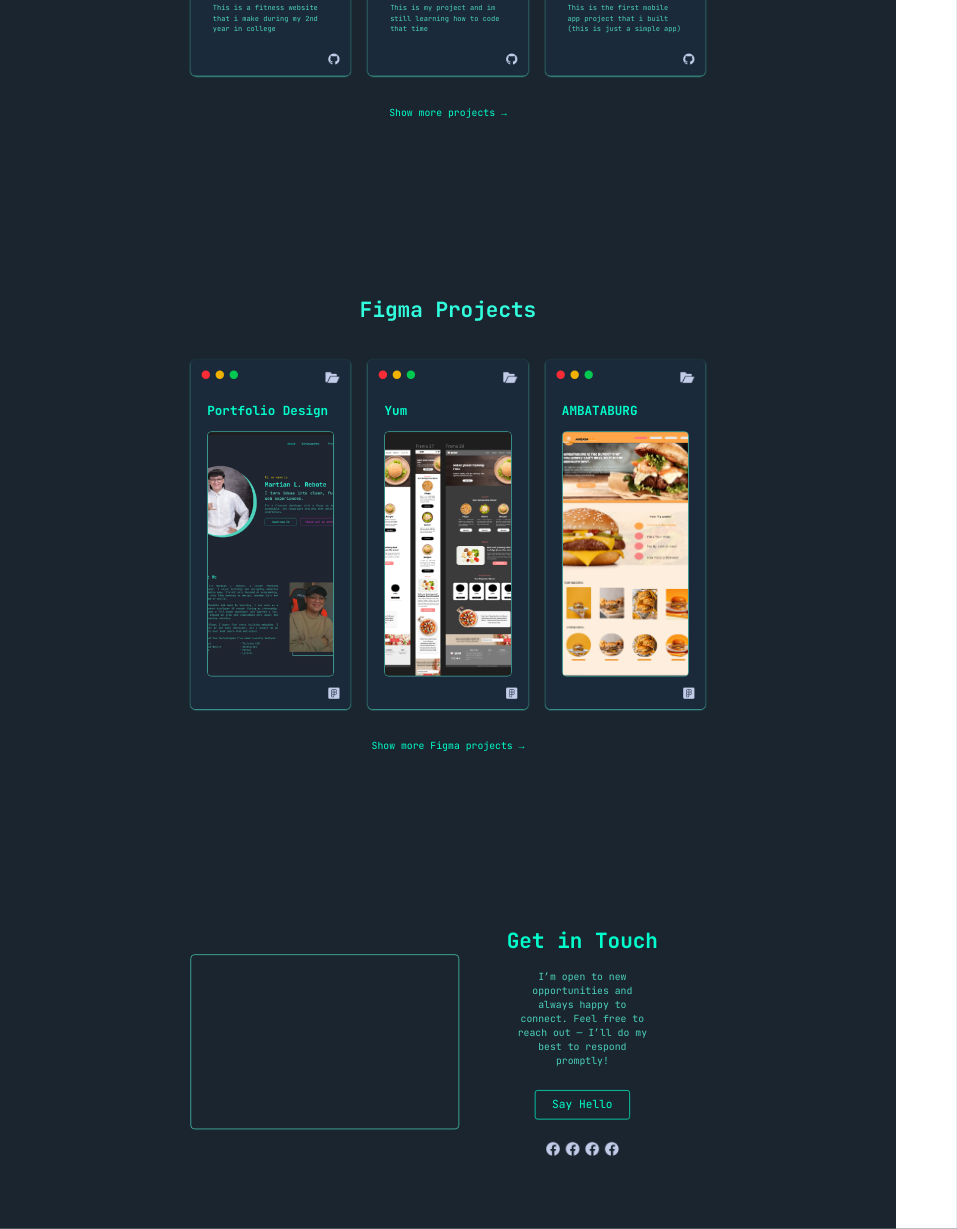
Repository: m4rsu-code/Portfolio
Page: / (app in my-portfolio/)
These files come from the project's save history. The page is drawn as it stood at one moment and after the next save; the edit follows.
The browser window is 1280 px wide. The page is 1367 px wide, so the pictures cover 1367 px, including what lies to the right of the window. The pictures show the part of the page from y = 3275 to 5035 px (the page is 5031 px tall before and 5035 px after), at 70% of full size.
The project was rebuilt for these pictures with package versions that can differ from the ones it lists, and the page was loaded fresh each time. Also part of the build but not shown: my-portfolio/vite.config.js, my-portfolio/src/assets/components/Modal/AchievementModal.jsx, my-portfolio/src/AchievementsPage.jsx, my-portfolio/src/ProjectPage.jsx, my-portfolio/src/FigmaProjectsPage.jsx.

Above is the page before, as saved 2025-08-04 18:22:10.

### my-portfolio/src/main.jsx
import { StrictMode } from "react";
import { createRoot } from "react-dom/client";
import { BrowserRouter as Router, Routes, Route } from "react-router-dom";
import "./assets/CSS/index.css";
import App from "./App.jsx";
import AchievementsPage from "./AchievementsPage.jsx";
import ProjectPage from "./ProjectPage.jsx";
import FigmaProjectsPage from "./FigmaProjectsPage.jsx";
import ScrollToTop from "./assets/components/ScrollToTop.jsx";

createRoot(document.getElementById("root")).render(
  <StrictMode>
    <Router>
      <ScrollToTop />
      <Routes>
        <Route path="/" element={<App />} />
        <Route path="/achievements" element={<AchievementsPage />} />
        <Route path="/projects" element={<ProjectPage />} />
        <Route path="/figma-projects" element={<FigmaProjectsPage />} />
      </Routes>
    </Router>
  </StrictMode>
);

### my-portfolio/src/assets/CSS/index.css
@import "tailwindcss";

@layer base {
  .font-jetbrains-mono {
    font-family: 'JetBrains Mono', monospace;
  }
}

### my-portfolio/src/App.jsx
import { useState } from 'react';
import { Link } from 'react-router-dom';
import Navbar from './assets/components/Navbar';
import AchievementModal from './assets/components/Modal/AchievementModal';
import './assets/CSS/animation.css';
import { achievements, projects, figmaProjects } from './assets/components/data';
import ScrollToTopButton from './assets/components/ScrollToTopButton';

function App() {
  const [isModalOpen, setIsModalOpen] = useState(false);
  const [selectedAchievement, setSelectedAchievement] = useState(null);

  const openModal = (achievement) => {
    setSelectedAchievement(achievement);
    setIsModalOpen(true);
  };

  const closeModal = () => {
    setIsModalOpen(false);
    setSelectedAchievement(null);
  };

  return (
    <div className='min-h-screen bg-[#1A252F]'>
      <Navbar />
      <ScrollToTopButton />
      <div className='w-full px-60 py-10'>
        {/* Introduction Section */}
        <div className="flex flex-col items-center justify-center mt-30">
          <div className="flex flex-col md:flex-row items-center justify-center gap-35 px-8 py-16">
            {/* Image with Glowing Effect */}
            <div className="relative">
              <div className="rounded-full border-[2px] border-[#00FFCC] overflow-hidden w-[500px] h-[500px] animate-glow">
                <img
                  src="/Images/me.png"
                  alt="Martian L. Rebote"
                  className="object-cover w-full h-full"
                />
              </div>
            </div>

            {/* Text Content */}
            <div className="text-center md:text-left font-jetbrains-mono">
              <div className='w-full md:w-[750px]'>
                <p className="text-[#FFEA00] text-[18px]">Hi, my name is</p>
                <h1 className="text-[#00FFCC] text-[45px] font-bold mt-2">Martian L. Rebote</h1>
                <p className="text-base text-[30px] font-bold text-[#57CDB9] mt-4">
                  I turn ideas into clean, functional web experiences.
                </p>
                <p className="mt-4 text-[#4CD2BC] leading-relaxed text-[18px]">
                  I’m a frontend developer with a focus on building fast, accessible, and responsive websites that deliver great user experiences.
                </p>
              </div>

              <div className="mt-6 flex flex-col sm:flex-row items-center gap-4">
                <a href="/Martian_Rebote_CV.pdf" className="border border-[#00FFCC] px-5 py-2 rounded-md text-[#00FFCC] hover:bg-[#00FFCC] hover:text-black transition-colors">
                  Download CV
                </a>
                <a href="#projects" className="border border-[#FF38E5] px-5 py-2 rounded-md text-[#FF38E5] hover:bg-[#FF38E5] hover:text-black transition-colors">
                  Check out my work!
                </a>
              </div>
            </div>
          </div>
        </div>

        {/* About Me Section */}
        <div id="about" className="flex flex-col mt-30">
          <div className='flex flex-col md:flex-row items-center justify-between gap-10 px-8 py-16'>
            <div className='w-full md:w-[800px] text-left font-jetbrains-mono'>
              <h2 className='text-[#31FFDD] text-[30px] font-bold mb-7'>About Me</h2>
              <div className='w-full md:w-[900px] text-justify px-5'>
                <p className='text-[#4CD2BC] text-[18px] mt-4'>
                  Hi, I’m Martian L. Rebote, a junior frontend developer. I enjoy building and designing websites and mobile apps. I’m not only focused on programming, but I also like working on design, whether it’s for the web or mobile.
                </p>
                <p className='text-[#4CD2BC] text-[18px] mt-4'>
                  I’m flexible and open to learning. I can work as a full-stack developer if needed. During my internship, I became a full-stack developer and learned a lot, which helped me grow and understand more about the programming industry.
                </p>
                <p className='text-[#4CD2BC] text-[18px] mt-4'>
                  Some of the technologies I’ve used recently include:
                </p>

                <div className='flex flex-col sm:flex-row gap-10 mt-4'>
                  <ul className='text-[#4CD2BC] text-[18px] mt-2 list-disc pl-5'>
                    <li>React</li>
                    <li>React-Native</li>
                    <li>HTML</li>
                    <li>CSS</li>
                  </ul>
                  <ul className='text-[#4CD2BC] text-[18px] mt-2 list-disc pl-5'>
                    <li>Tailwind CSS</li>
                    <li>JavaScript</li>
                    <li>Python</li>
                    <li>Laravel</li>
                  </ul>
                </div>
              </div>
            </div>

            <div className="relative image-container w-[380px] h-[450px] group cursor-pointer">
              <div className="absolute left-5 w-full h-full border-3 border-[#00FFCC] rounded-[10px] uneven-box z-0 transition-transform duration-300 ease-in-out"></div>
              <div className="relative z-10 rounded-[10px] overflow-hidden w-full h-full transition-transform duration-300 ease-in-out group-hover:translate-x-[-10px] group-hover:translate-y-[-10px]">
                <img
                  src="/Images/me2.jpg"
                  alt="Martian L. Rebote"
                  className="object-cover w-full h-full"
                />
              </div>
            </div>
          </div>
        </div>

        {/* Achievements Section */}
        <div id="achievements" className="flex flex-col mt-30 px-8 py-16 font-jetbrains-mono">
          <h2 className="text-[#31FFDD] text-[30px] font-bold mb-12">Notable Achievements</h2>

          {/* Cards Grid - Limited to first 2 achievements */}
          <div>
            {/* First Row */}
            <div className="grid md:grid-cols-2 gap-10">
              {/* Left card (code-like box with image) */}
              <div className="bg-[#1B2A3A] rounded-lg p-4 flex flex-col h-96">
                <div className="flex gap-2 mb-4">
                  <div className="w-3 h-3 bg-red-500 rounded-full"></div>
                  <div className="w-3 h-3 bg-yellow-500 rounded-full"></div>
                  <div className="w-3 h-3 bg-green-500 rounded-full"></div>
                </div>
                <div
                  className="border border-[#4CD2BC] rounded-md flex-grow overflow-hidden group cursor-pointer"
                  onClick={() => openModal(achievements[0])}
                >
                  <img
                    src={achievements[0].image}
                    alt="Achievement Image"
                    className="w-full h-full object-cover transition-transform duration-300 ease-in-out group-hover:scale-110"
                  />
                </div>
              </div>

              {/* Right card (trophy + achievement with text) */}
              <div className="flex flex-col h-64">
                <p className="text-[#31FFDD] text-sm mb-2">Featured Achievement</p>
                <h3 className="text-[#31FFDD] text-lg font-bold flex items-center gap-2">
                  🏆 {achievements[0].title}
                </h3>
                <div className="border border-[#4CD2BC] rounded-md flex-grow mt-4 p-4 text-[#4CD2BC] text-sm overflow-auto">
                  {achievements[0].description}
                </div>
                <p className="text-[#4CD2BC] text-sm mt-2">Date: {achievements[0].date}</p>
              </div>
            </div>

            {/* Second Row */}
            <div className="grid md:grid-cols-2 gap-10 mt-10">
              {/* Left card (trophy + achievement with text) */}
              <div className="flex flex-col h-64">
                <p className="text-[#31FFDD] text-sm mb-2">Featured Achievement</p>
                <h3 className="text-[#31FFDD] text-lg font-bold flex items-center gap-2">
                  🏆 {achievements[1].title}
                </h3>
                <div className="border border-[#4CD2BC] rounded-md flex-grow mt-4 p-4 text-[#4CD2BC] text-sm overflow-auto">
                  {achievements[1].description}
                </div>
                <p className="text-[#4CD2BC] text-sm mt-2">Date: {achievements[1].date}</p>
              </div>

              {/* Right card (code-like box with image) */}
              <div className="bg-[#1B2A3A] rounded-lg p-4 flex flex-col h-96">
                <div className="flex gap-2 mb-4">
                  <div className="w-3 h-3 bg-red-500 rounded-full"></div>
                  <div className="w-3 h-3 bg-yellow-500 rounded-full"></div>
                  <div className="w-3 h-3 bg-green-500 rounded-full"></div>
                </div>
                <div
                  className="border border-[#4CD2BC] rounded-md flex-grow overflow-hidden group cursor-pointer"
                  onClick={() => openModal(achievements[1])}
                >
                  <img
                    src={achievements[1].image}
                    alt="Achievement Image"
                    className="w-full h-full object-cover transition-transform duration-300 ease-in-out group-hover:scale-110"
                  />
                </div>
              </div>
            </div>
          </div>

          {/* Show more link */}
          <div className="text-center mt-10">
            <Link
                to="/achievements"
                state={{ achievements }}
                className="text-[#31FFDD] text-sm hover:underline"
              >
                Show more achievements →
              </Link>
          </div>
        </div>

        {/* Project Section */}
        <div id='projects' className="flex flex-col mt-30 px-8 py-16 font-jetbrains-mono">
          <h2 className="text-[#31FFDD] text-[30px] text-center font-bold mb-12">Featured Projects</h2>
          <div className="grid grid-cols-1 sm:grid-cols-2 lg:grid-cols-3 gap-6">
            {projects.slice(0, 6).map((project) => (
              <div
                key={project.id}
                className="bg-[#1B2A3A] rounded-lg p-4 flex flex-col h-48 relative group shadow-xs shadow-[#4CD2BC] cursor-pointer transform transition-transform duration-300 ease-in-out hover:-translate-y-2"
              >
                <div className="flex gap-2">
                  <div className="w-3 h-3 bg-red-500 rounded-full"></div>
                  <div className="w-3 h-3 bg-yellow-500 rounded-full"></div>
                  <div className="w-3 h-3 bg-green-500 rounded-full"></div>
                  <div className="justify-end ml-auto">
                    <img src="/Images/open-folder.png" alt="Folder Icon" className="w-5 h-5" />
                  </div>
                </div>
                <div className="text-left rounded-md flex-grow p-4">
                  <h3 className="text-[#00FFCC] text-[18px] font-bold mb-2">{project.title}</h3>
                  <p className="text-[#4CD2BC] text-[10px]">{project.description}</p>
                </div>
                <div className="flex justify-end gap-2">
                  {project.githubLink ? (
                    <a href={project.githubLink} target="_blank" rel="noopener noreferrer" aria-label={`View ${project.title} on GitHub`}>
                      <img
                        src="/Images/github.png"
                        alt="GitHub Icon"
                        className="w-4 h-4 hover:invert hover:brightness-0 hover:sepia hover:saturate-[100%]"
                      />
                    </a>
                  ) : (
                    <img
                      src="/Images/github.png"
                      alt="GitHub Icon"
                      className="w-4 h-4 hover:invert hover:brightness-0 hover:sepia hover:saturate-[100%]"
                    />
                  )}
                  {project.title === 'Portfolio' && project.link && (
                    <a href={project.link} target="_blank" rel="noopener noreferrer" aria-label="View Portfolio Website">
                      <img
                        src="/Images/link.png"
                        alt="Link Icon"
                        className="w-4 h-4 hover:invert hover:brightness-0 hover:sepia hover:saturate-[100%]"
                      />
                    </a>
                  )}
                </div>
              </div>
            ))}
          </div>

          {projects.length > 6 && (
            <div className="text-center mt-10">
              <Link
                to="/projects"
                state={{ projects }}
                className="text-[#00FFCC] text-sm hover:underline"
              >
                Show more projects →
              </Link>
            </div>
          )}
        </div>

        {/* Figma Projects Section */}
        <div className="flex flex-col mt-30 px-8 py-16 font-jetbrains-mono">
          <h2 className="text-[#31FFDD] text-[30px] text-center font-bold mb-12">Figma Projects</h2>
          <div className="grid grid-cols-1 sm:grid-cols-2 lg:grid-cols-3 gap-6">
            {figmaProjects.slice(0, 3).map((project) => (
              <div
                key={project.id}
                className="bg-[#1B2A3A] rounded-lg p-4 flex flex-col h-[500px] relative group shadow-xs shadow-[#4CD2BC] cursor-pointer transform transition-transform duration-300 ease-in-out hover:-translate-y-2"
              >
                {/* Header with window controls and folder icon */}
                <div className="flex gap-2 mb-4">
                  <div className="w-3 h-3 bg-red-500 rounded-full"></div>
                  <div className="w-3 h-3 bg-yellow-500 rounded-full"></div>
                  <div className="w-3 h-3 bg-green-500 rounded-full"></div>
                  <div className="justify-end ml-auto">
                    <img src="/Images/open-folder.png" alt="Folder Icon" className="w-5 h-5" />
                  </div>
                </div>

                {/* Project Title */}
                <div className="flex items-start justify-start p-2">
                  <h3 className="text-[#00FFCC] text-[18px] font-bold">{project.title}</h3>
                </div>

                {/* Image with Border and No Overlap */}
                <div className="flex-grow flex items-center justify-center p-2">
                  <div className="border border-[#4CD2BC] rounded-md w-full h-[350px] overflow-hidden ">
                    <img
                      src={project.image}
                      alt={`${project.title} Image`}
                      className="w-full h-full object-cover"
                      onError={(e) => (e.target.src = '/Images/fallback.png')}
                      loading="lazy"
                    />
                  </div>
                </div>

                {/* Figma Link */}
                <div className="flex justify-end gap-2 mt-2">
                  {project.figmaLink && (
                    <a
                      href={project.figmaLink}
                      target="_blank"
                      rel="noopener noreferrer"
                      aria-label={`View ${project.title} on Figma`}
                    >
                      <img
                        src="/Images/figma.png"
                        alt="Figma Icon"
                        className="w-4 h-4 hover:invert hover:brightness-0 hover:sepia hover:saturate-[100%]"
                      />
                    </a>
                  )}
                </div>
              </div>
            ))}
          </div>
          {figmaProjects.length > 3 && (
            <div className="text-center mt-10">
              <Link
                to="/figma-projects"
                state={{ figmaProjects }}
                className="text-[#00FFCC] text-sm hover:underline"
              >
                Show more Figma projects →
              </Link>
            </div>
          )}
        </div>

        {/* Contact section */}
        <div className="flex flex-col mt-30 px-8 py-16 font-jetbrains-mono">
          <div className="flex  items-center justify-center w-full">

            {/* Left side — the outlined box */}
            <div className="border border-[#4CD2BC] md:w-[800px] md:h-[250px] rounded-md"></div>

            {/* Right side — text, button, and icons */}
            <div className="w-full text-center ">
              <h2 className="text-[#00FFCC] text-2xl md:text-3xl font-bold mb-6">Get in Touch</h2>
              <p className="text-[#4CD2BC] text-sm  mb-8 px-20">
                I’m open to new opportunities and always happy to connect. Feel free to reach out — I’ll do my best to respond promptly!
              </p>
              <button className="border border-[#00FFCC] text-[#00FFCC] px-6 py-2 rounded hover:bg-[#00FFCC] hover:text-[#131A26] transition duration-300 mb-8 cursor-pointer">
                Say Hello
              </button>

              {/* Social icons */}
              <div className="flex items-center justify-center md:justify-center gap-2 text-[#A0AEC0]">
                <a href="#" className="hover:text-[#00FFCC]">
                  <img src="/Images/facebook.png" alt="" className='w-5 h-5'/>
                </a>
                <a href="#" className="hover:text-[#00FFCC]">
                  <img src="/Images/facebook.png" alt="" className='w-5 h-5'/>
                </a>
                <a href="#" className="hover:text-[#00FFCC]">
                  <img src="/Images/facebook.png" alt="" className='w-5 h-5'/>
                </a>
                <a href="#" className="hover:text-[#00FFCC]">
                  <img src="/Images/facebook.png" alt="" className='w-5 h-5'/>
                </a>
              </div>
            </div>
          </div>
        </div>


        {/* Modal */}
        {isModalOpen && selectedAchievement && (
          <AchievementModal
            image={selectedAchievement.image}
            title={selectedAchievement.title}
            description={selectedAchievement.description}
            date={selectedAchievement.date}
            onClose={closeModal}
          />
        )}
      </div>
    </div>
  );
}

export default App;

### my-portfolio/src/assets/components/ScrollToTop.jsx
import { useEffect } from 'react';
import { useLocation } from 'react-router-dom';

const ScrollToTop = () => {
  const { pathname } = useLocation();

  useEffect(() => {
    // Scrolls to the top of the window on pathname change
    window.scrollTo(0, 0);
  }, [pathname]);

  return null;
};

export default ScrollToTop;

### my-portfolio/src/assets/components/Navbar.jsx
import React from 'react';
import '../CSS/Navbar.css'; // Import the CSS for styling

function Navbar() {
  return (
    <nav className="w-full px-10 py-4 flex justify-between items-center fixed top-0 left-0 z-50 bg-transparent backdrop-blur-md font-jetbrains-mono">
      {/* Logo on the left */}
      <a href="/" className='text-3xl font-bold text-[#FF38E5] cursor-pointer'>m4rsu</a>
      {/* Navigation links on the right */}
      <div className='flex gap-10 text-base'>
        <a href='#about' className='text-[#31FFDD] text-[15px] font-light nav-link'>About</a>
        <a href='#achievements' className='text-[#31FFDD] text-[15px] font-light nav-link'>Achievements</a>
        <a href='#projects' className='text-[#31FFDD] text-[15px] font-light nav-link'>Projects</a>
        <a href='#contact' className='text-[#31FFDD] text-[15px] font-light nav-link'>Contact</a>
      </div>
    </nav>
  );
}

export default Navbar;

### my-portfolio/src/assets/CSS/animation.css
@keyframes glow {
  0% {
    box-shadow: 0 0 5px #00FFCC, 0 0 10px #00FFCC, 0 0 15px #00FFCC, 0 0 20px #00FFCC;
  }
  50% {
    box-shadow: 0 0 10px #00FFCC, 0 0 20px #00FFCC, 0 0 30px #00FFCC, 0 0 40px #00FFCC;
  }
  100% {
    box-shadow: 0 0 5px #00FFCC, 0 0 10px #00FFCC, 0 0 15px #00FFCC, 0 0 20px #00FFCC;
  }
}

@keyframes glow {
  0% {
    box-shadow: 0 0 5px #00FFCC, 0 0 10px #00FFCC;
  }
  50% {
    box-shadow: 0 0 15px #00FFCC, 0 0 25px #00FFCC;
  }
  100% {
    box-shadow: 0 0 5px #00FFCC, 0 0 10px #00FFCC;
  }
}

.animate-glow {
  animation: glow 2s ease-in-out infinite;
}

.uneven-box {
  transform: translateY(20px); /* move it downward initially */

  transition: transform 0.3s ease-in-out;
}

.image-container:hover .uneven-box {
  transform: translateY(30px); /* move it further down on hover */
}

### my-portfolio/src/assets/CSS/Navbar.css
.nav-link {
  position: relative;
  text-decoration: none;
}

.nav-link::after {
  content: '';
  position: absolute;
  width: 100%;
  height: 2px;
  bottom: -2px;
  left: 0;
  background-color: #31FFDD;
  transform: scaleX(0);
  transform-origin: bottom right;
  transition: transform 0.3s ease-in-out;
}

.nav-link:hover::after {
  transform: scaleX(1);
  transform-origin: bottom left;
}

Loaded but not shown: my-portfolio/index.html (common file); my-portfolio/src/assets/components/data.jsx (105 lines, source omitted); my-portfolio/src/assets/components/ScrollToTopButton.jsx (68 lines, source omitted)

After the next save:
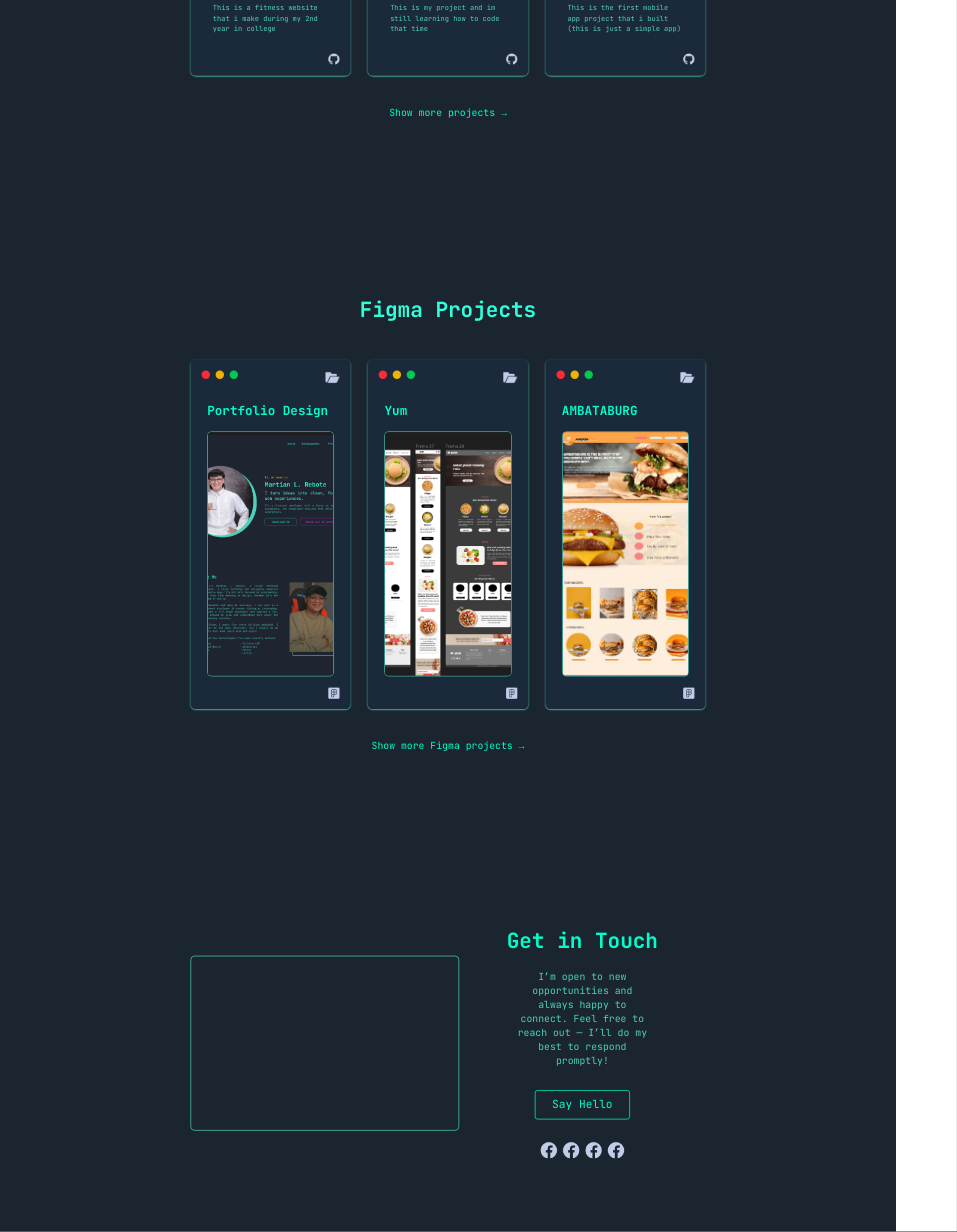
Saved 24 s later.
--- a/my-portfolio/src/App.jsx
+++ b/my-portfolio/src/App.jsx
@@ -351,16 +351,16 @@ function App() {
               {/* Social icons */}
               <div className="flex items-center justify-center md:justify-center gap-2 text-[#A0AEC0]">
                 <a href="#" className="hover:text-[#00FFCC]">
-                  <img src="/Images/facebook.png" alt="" className='w-5 h-5'/>
+                  <img src="/Images/facebook.png" alt="" className='w-6 h-6'/>
                 </a>
                 <a href="#" className="hover:text-[#00FFCC]">
-                  <img src="/Images/facebook.png" alt="" className='w-5 h-5'/>
+                  <img src="/Images/facebook.png" alt="" className='w-6 h-6'/>
                 </a>
                 <a href="#" className="hover:text-[#00FFCC]">
-                  <img src="/Images/facebook.png" alt="" className='w-5 h-5'/>
+                  <img src="/Images/facebook.png" alt="" className='w-6 h-6'/>
                 </a>
                 <a href="#" className="hover:text-[#00FFCC]">
-                  <img src="/Images/facebook.png" alt="" className='w-5 h-5'/>
+                  <img src="/Images/facebook.png" alt="" className='w-6 h-6'/>
                 </a>
               </div>
             </div>
